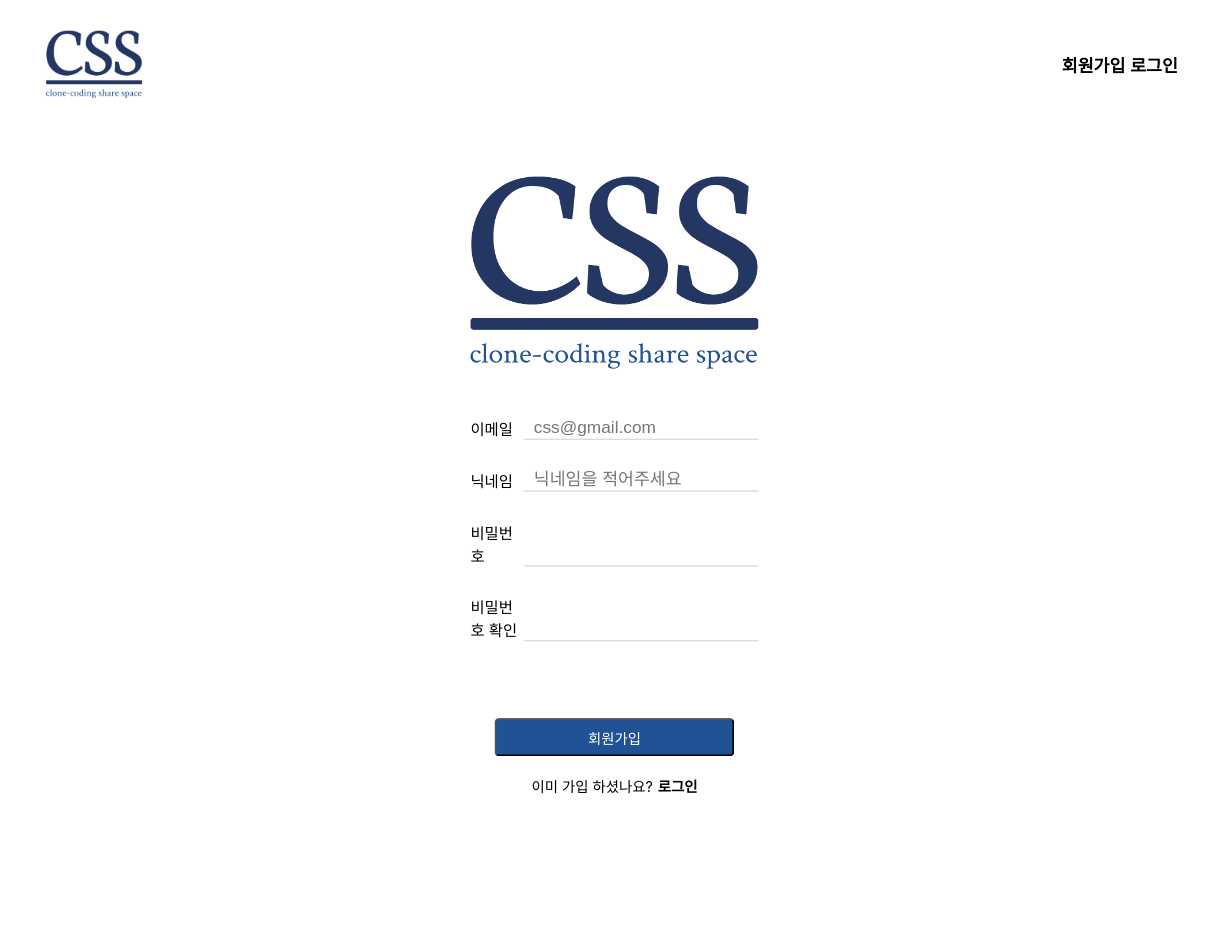
Repository: YS739/React-project-CSS
Page: /signUp
These files come from the project's save history. The page is drawn as it stood at one moment and after the next save; the edit follows.
The browser window is 1280 px wide. The pictures show the whole page, at 96% of full size.
The project was rebuilt for these pictures with package versions that can differ from the ones it lists, and the page was loaded fresh each time. Also part of the build but not shown: src/components/DetailPage/AddComment/style.js, src/components/DetailPage/CommentList/style.js, src/components/DetailPage/Comment/style.js, src/components/DetailPage/Comment/CustomConfirmUI.jsx, src/components/DetailPage/Comment/Comment.jsx, src/components/DetailPage/CommentList/CommentList.tsx, src/components/DetailPage/AddComment/AddComment.jsx, src/components/DetailPage/ChannelInfo/ChannelInfo.jsx and 24 more.

Above is the page before, as saved 2023-01-25 21:36:28.

After the next save:
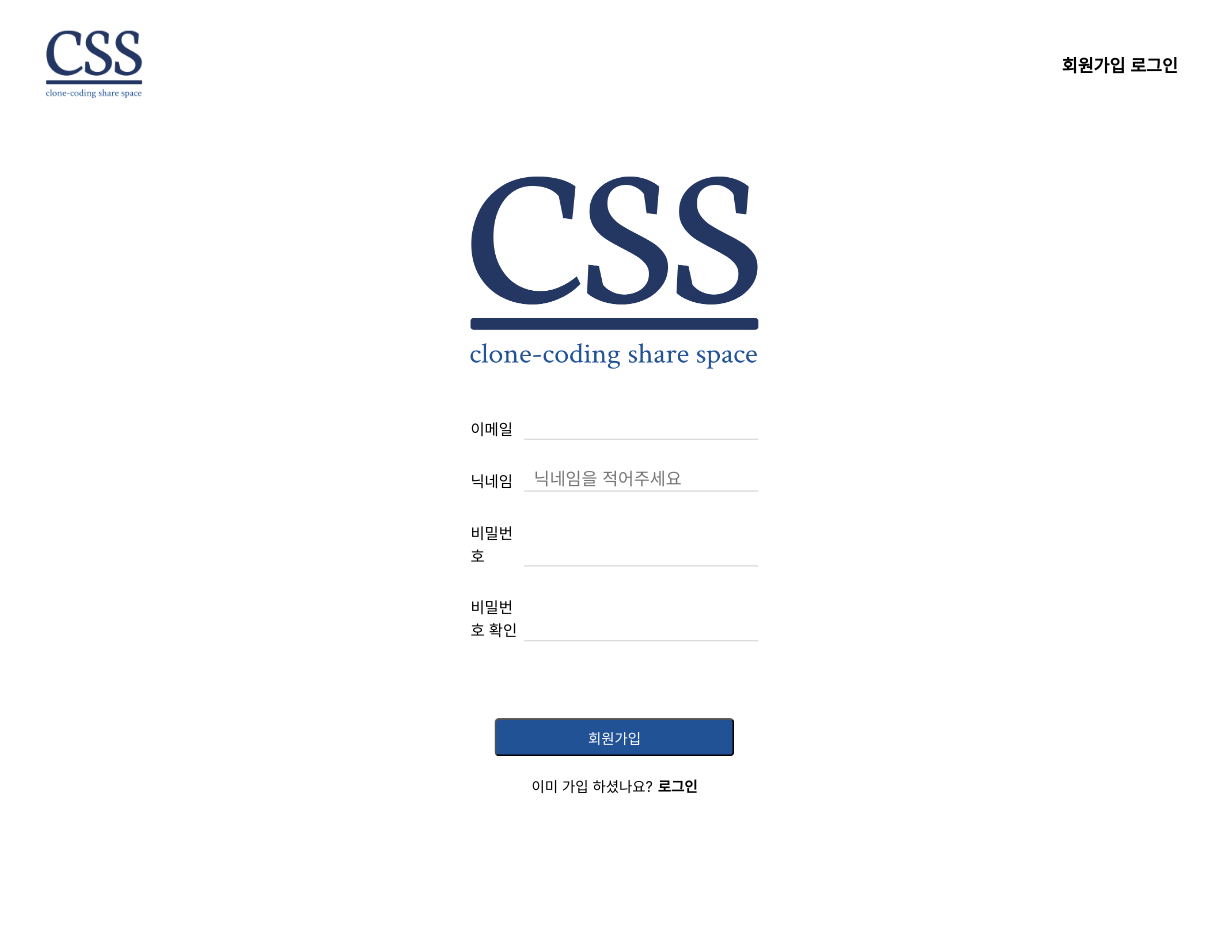
Saved 34 s later.
--- a/src/pages/SignUpPage/SignUpPage.jsx
+++ b/src/pages/SignUpPage/SignUpPage.jsx
@@ -114,7 +114,6 @@ const SignUpPage = () => {
           <Input
             ref={emailRef}
             value={email}
-            placeholder={'css@gmail.com'}
             onChange={(e) => {
               setEmail(e.target.value);
             }}
